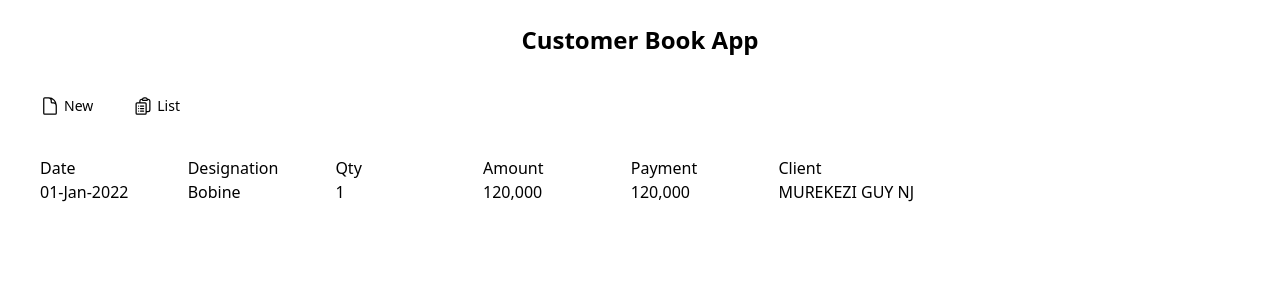
Repository: higirobruce/customerbookapp
Page: /
The author's editor kept a copy of each file at every save. The page is drawn from the files as they stood at one save, then again after the next save.
The browser window is 1280 px wide. The pictures show the whole page.
The project was rebuilt for these pictures with package versions that can differ from the ones it lists, and the page was loaded fresh each time. The framework's server and built-in components were replaced by stand-ins that run in the browser. Also part of the build but not shown: next.config.js, components/layout/sidebar.js.

Above is the page before, as saved 2022-11-24 16:47:03.

### pages/index.js
import Head from "next/head";
import Image from "next/image";
import Sidebar from "../components/layout/sidebar";
import MainScreen from "../components/layout/mainScreen";

const Home = () => {
  return (
    <div className="flex min-h-screen flex-row">
      {/* <Sidebar /> */}
      <MainScreen />
    </div>
  );
};

export default Home;

### components/layout/mainScreen.js
import React, { useState } from "react";
import {
  DocumentIcon,
  ClipboardDocumentListIcon,
} from "@heroicons/react/24/outline";
import RecordsTable from "../common/records";

const records = [
  {
    date: "01-Jan-2022",
    designation: "Bobine",
    qty: "1",
    amount: "120,000",
    payment: "120,000",
    client: "MUREKEZI GUY NJ",
  },
];

export default function MainScreen() {
  let [viewPort, setViewPort] = useState("list");

  return (
    <div className="flex flex-col w-full pt-6 space-y-10">
      {/* header */}
      <div className="flex justify-center text-2xl font-semibold">
        Customer Book App
      </div>
      {/* Menu bar */}
      <div className="flex flex-row px-10 space-x-10">
        <div
          className="flex flex-row space-x-1 items-center cursor-pointer"
          onClick={() => setViewPort("new")}
        >
          <DocumentIcon className="h-5 w-5" />
          <div className="text-sm ">New</div>
        </div>

        <div
          className="flex flex-row space-x-1 items-center cursor-pointer"
          onClick={() => setViewPort("list")}
        >
          <ClipboardDocumentListIcon className="h-5 w-5" />
          <div className="text-sm ">List</div>
        </div>
      </div>
      {/* Body */}

      <div className="flex px-10 ">
        {viewPort === "list" && <RecordsTable data={records} />}
        {viewPort === "new" && <div>New</div>}
      </div>
    </div>
  );
}

### components/common/records.js
import React from 'react'

export default function RecordsTable({data}) {

  return (
    <div>
        <div className='grid grid-cols-6 gap-3'>
                <div>Date</div>
                <div>Designation</div>
                <div>Qty</div>
                <div>Amount</div>
                <div>Payment</div>
                <div>Client</div>
            </div>
        {data.map($=>{
            return <div className='grid grid-cols-6 gap-3'>
                <div>{$.date}</div>
                <div>{$.designation}</div>
                <div>{$.qty}</div>
                <div>{$.amount}</div>
                <div>{$.payment}</div>
                <div>{$.client}</div>
            </div>
        })}
    </div>
  )
}

Loaded but not shown: pages/_app.tsx (common file); styles/globals.css (common file); tailwind.config.js (common file)

After the next save:
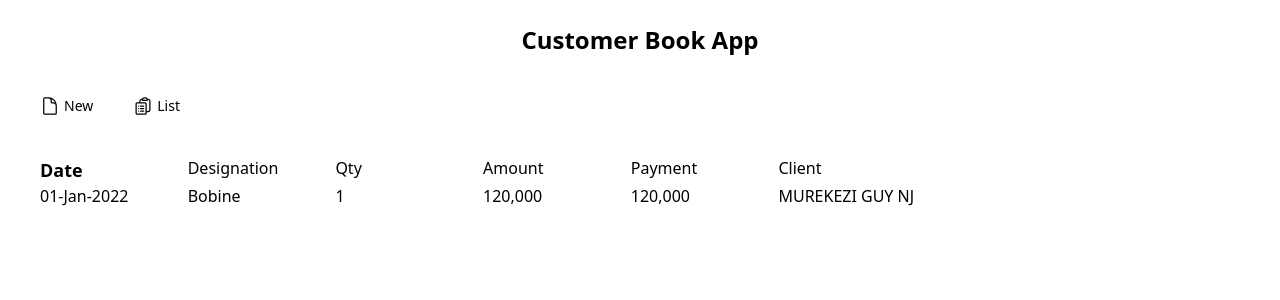
Saved 52 s later.
--- a/components/common/records.js
+++ b/components/common/records.js
@@ -5,7 +5,7 @@ export default function RecordsTable({data}) {
   return (
     <div>
         <div className='grid grid-cols-6 gap-3'>
-                <div>Date</div>
+                <div className='text-lg font-semibold'>Date</div>
                 <div>Designation</div>
                 <div>Qty</div>
                 <div>Amount</div>
